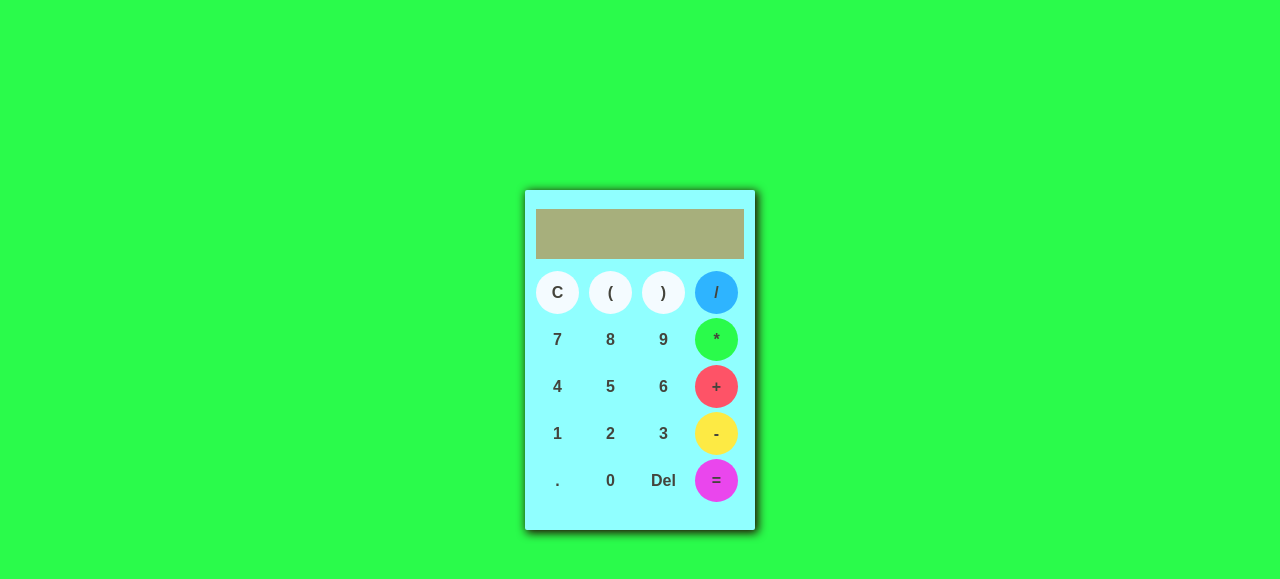
Repository: ServerK001/CalcJsVanilha
Page: index.html
These files come from the project's save history. The page is drawn as it stood at one moment and after a run of saves; the edit follows.
The browser window is 1280 px wide. The pictures show the whole page.

Above is the page before, as saved 2022-02-15 18:34:40.

### index.html
<!DOCTYPE html>
<html lang="pt-br">
<head>
    <meta charset="UTF-8">
    <meta http-equiv="X-UA-Compatible" content="IE=edge">
    <meta name="viewport" content="width=device-width, initial-scale=1.0">
    <script src="index.js" ></script>
    <link rel="stylesheet" href="style.css">


    <title>Calculadora</title>
</head>
<body>

        <section class="conteiner">


            <table class="calculadora">
                <tr>
                    <td colspan="4"><input type="text" class="display"></td>
                </tr>

                <tr>
                    <td><button class="btn btn_1 btn-clear">C</button></td>
                    <td><button class="btn btn_1 btn-num">(</button></td>
                    <td><button class="btn btn_1 btn-num">)</button></td>
                    <td><button class="btn btn_2 btn-num">/</button></td>
                </tr>

                <tr>
                    <td><button class="btn btn-num">7</button></td>
                    <td><button class="btn btn-num">8</button></td>
                    <td><button class="btn btn-num">9</button></td>
                    <td><button class="btn btn_3 btn-num">*</button></td>
                </tr>
                <tr>
                    <td><button class="btn btn-num">4</button></td>
                    <td><button class="btn btn-num">5</button></td>
                    <td><button class="btn btn-num">6</button></td>
                    <td><button class="btn btn_4 btn-num">+</button></td>
                </tr>
                <tr>
                    <td><button class="btn btn-num">1</button></td>
                    <td><button class="btn btn-num">2</button></td>
                    <td><button class="btn btn-num">3</button></td>
                    <td><button class="btn btn_5 btn-num">-</button></td>
                </tr>
                <tr>
                    <td><button class="btn  btn-num">.</button></td>
                    <td><button class="btn btn-num">0</button></td>
                    <td><button class="btn btn-del">Del</button></td>
                    <td><button class="btn btn_6 btn-num">=</button></td>
                </tr>

            </table>


        </section>

</body>
</html>

### index.js
console.log('Olá mundo')

### style.css
@font-face { font-family: DisplayOFT;
    src: url('./font/DisplayOTF.otf'); }

:root{
    --btn: #44443c;
    --font-display:#435338;
    --displayBG:#a7af7c;
    --bgCalc:#90FFFF;
    --bgConteiner:#5b5b5b;

    /*Bootuns Colors*/

    --btn_1:#F4FBFF;
    --btn_2:#2EB4FF;
    --btn_3:#2AFB4B;
    --btn_4:#FE5367;
    --btn_5:#FDEA44;
    --btn_6:#EA46ED;
    --btnHover: #c5e9fd;




}

.display{

    font-size: 1rem;
    width: 100%;
    height: 50px;
    text-align: right;
    font-family: "DisplayOFT";
    font-size: 1.5rem;
    color: var(--font-display);
    background-color: var(--displayBG);

        border: none;
}

input[type=text] {
    width: 100%;
    padding: 12px 20px;
    margin: 8px 0;
    box-sizing: border-box;
    transition: 0.3s;

  }
  input[type=text]:focus {
        height: 52px;

  }

.btn{
    font-size: 1rem;
    font-weight: bold;
    color:var(--btn);
    background-color: var(--bgBtn);
    padding: 0.5rem ;
    border-radius: 50%;
    align-items: center;
    border: none;
    height: 43px;
    width: 43px;
    text-align: center;
    transition: 0.3s;
}.btn:hover{
    background-color: var(--btnHover) ;
}


.calculadora{
    display: flex;
    background-color: var(--bgCalc);
    padding: 0.5rem;
    height: 340px;
    width: 230px;
    border-radius: 2px;
    box-shadow: 2px 2px 10px 1px #240502;

}


.body{
    background-color: var(--bgConteiner);
    padding: 1rem;
}

.btn_1{background-color:var(--btn_1)}
.btn_2{background-color:var(--btn_2)}
.btn_3{background-color:var(--btn_3)}
.btn_4{background-color:var(--btn_4)}
.btn_5{background-color:var(--btn_5)}
.btn_6{background-color:var(--btn_6)}

.conteiner{
    display: flex;
    align-items: center;
    justify-content: center;
    height: 100vh;
    background-color: #2AFB4B;
}




html, body{
    box-sizing:none;
    margin: 0 auto;
    border: none;
    padding: 0;
    line-height: 1;


}

After the next 2 saves:
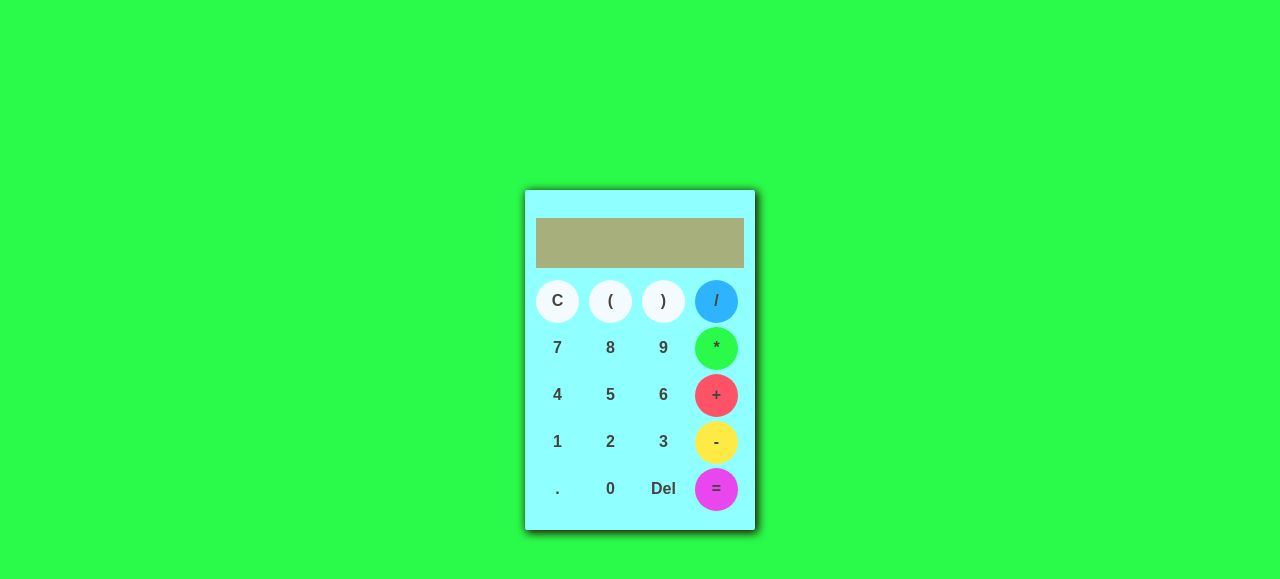
The 2 saves are shown as one change because they came seconds apart.
The last was saved 8 s later.
--- a/style.css
+++ b/style.css
@@ -70,6 +70,7 @@ input[type=text] {
 
 .calculadora{
     display: flex;
+    align-items: center;
     background-color: var(--bgCalc);
     padding: 0.5rem;
     height: 340px;
